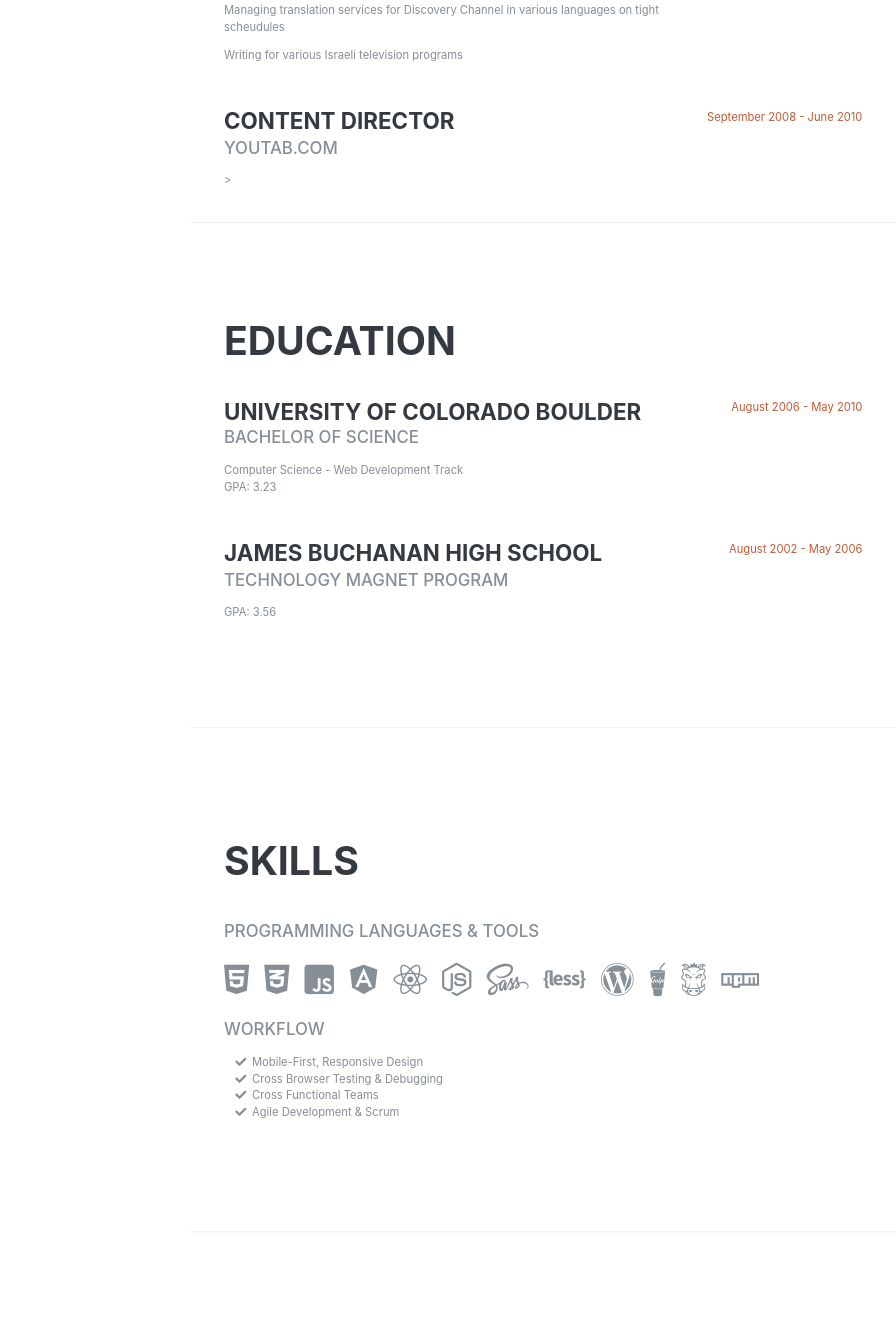
Repository: AlonGur/resume
Page: index.html
An editor plug-in stored every save of this project. The page is shown before and after the next save, followed by the edit.
The browser window is 1280 px wide. The pictures show the part of the page from y = 1189 to 3109 px (the page is 4390 px tall before and 4406 px after), at 70% of full size.
Some web fonts or font styles are not loaded; a fallback is used.

Above is the page before, as saved 2019-06-07 15:54:49.

After the next save:
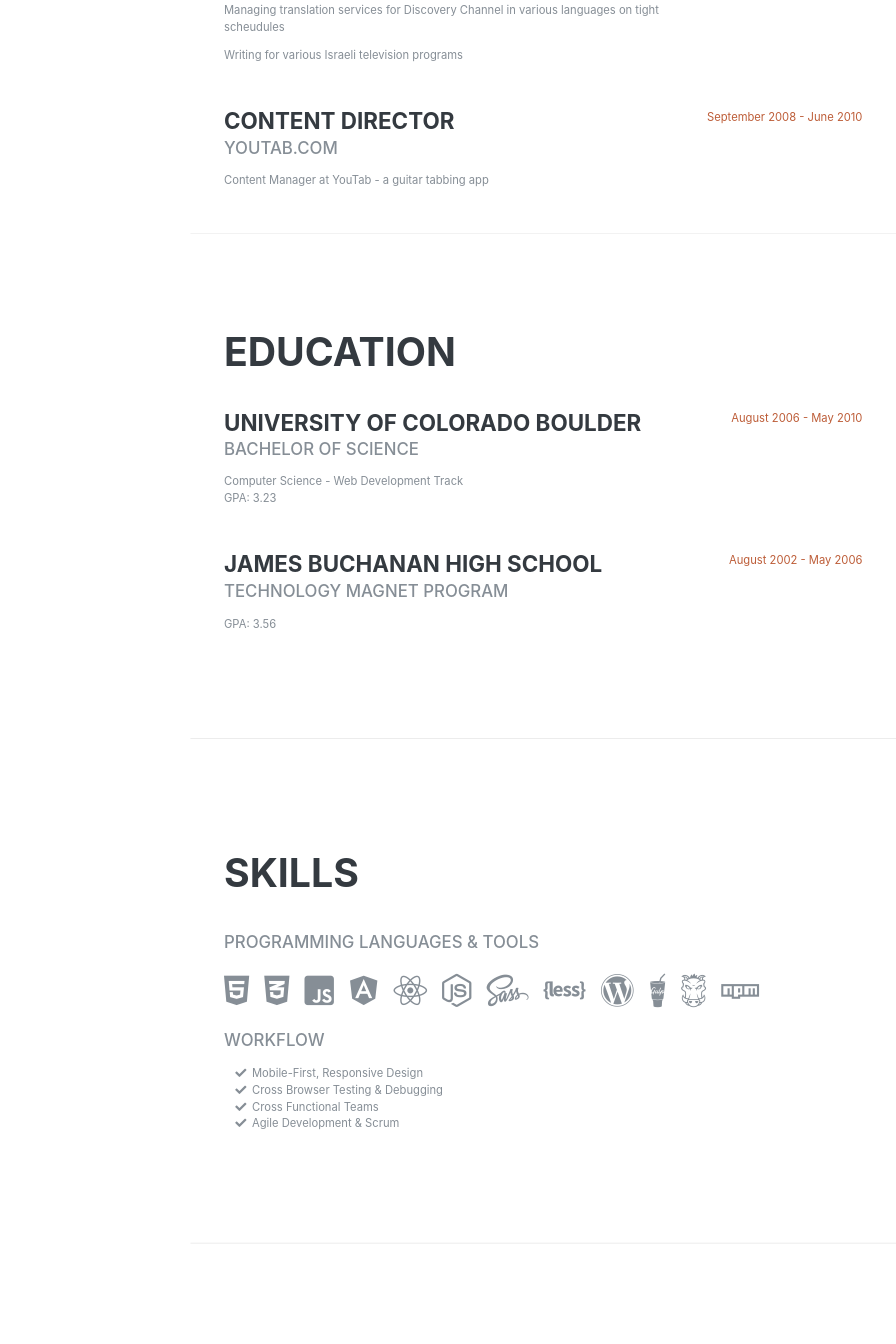
Saved 38 s later.
--- a/index.html
+++ b/index.html
@@ -119,7 +119,8 @@
           <div class="resume-content">
             <h3 class="mb-0">Content Director</h3>
             <div class="subheading mb-3">YouTab.com</div>
-<p></p>>          </div>
+<p>Content Manager at YouTab - a guitar tabbing app</p>
+<p></p>          </div>
           <div class="resume-date text-md-right">
             <span class="text-primary">September 2008 - June 2010</span>
           </div>
